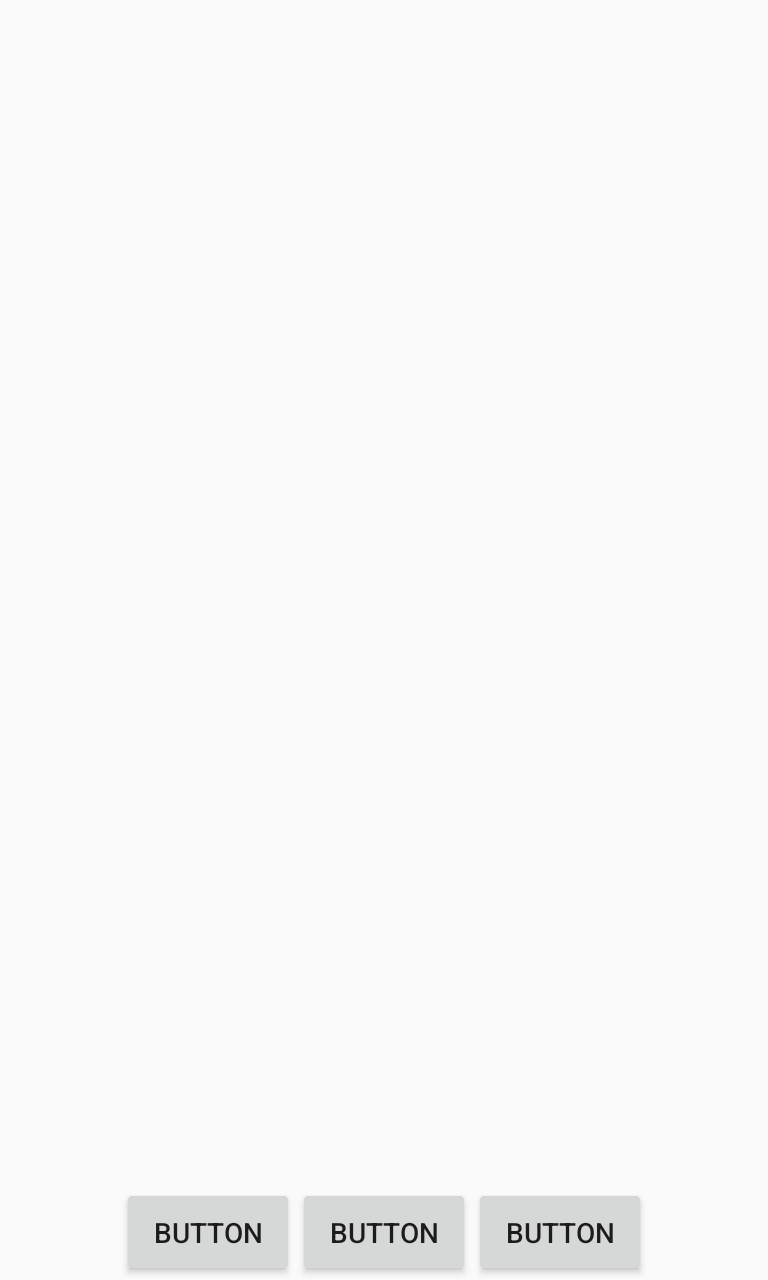
Repository: MarcSelles/BeatYourBucketAndroid
Layout: The_app/BeatYourBucket/res/layout/fragment_lists.xml
These files come from the project's save history. The layout is drawn as it stood at one moment and after the next save; the edit follows.
It is drawn on a 768 x 1280 px phone screen (xhdpi) without system bars, with theme AppTheme; the app's code is not run.

Above is the layout before, as saved 2015-01-20 14:19:46.

After the next save:
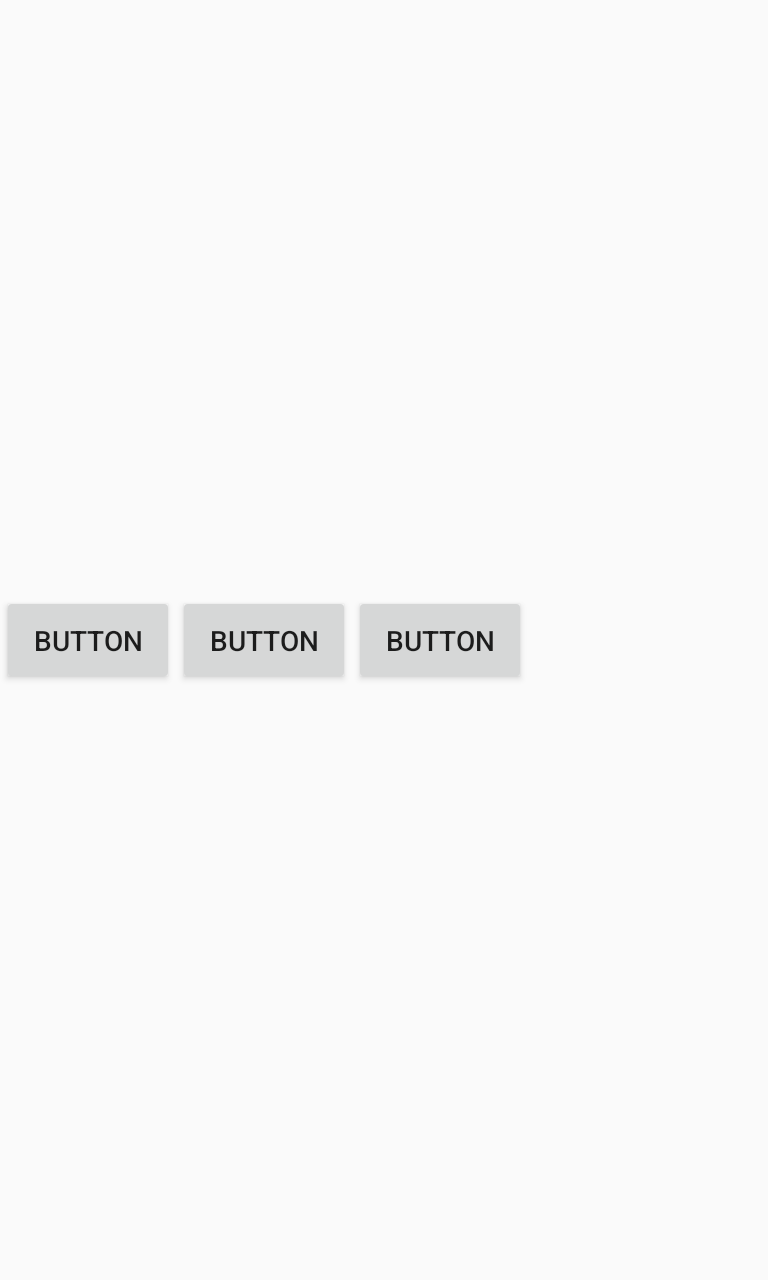
Saved 52 s later.
--- a/The_app/BeatYourBucket/res/layout/fragment_lists.xml
+++ b/The_app/BeatYourBucket/res/layout/fragment_lists.xml
@@ -8,8 +8,7 @@
         android:layout_width="match_parent"
         android:layout_height="wrap_content"
         android:layout_above="@+id/tabcontent2"
-        android:layout_gravity="top"
-        android:gravity="center|top"
+        android:layout_alignParentTop="true"
         android:orientation="horizontal" >
 
 	    <Button
